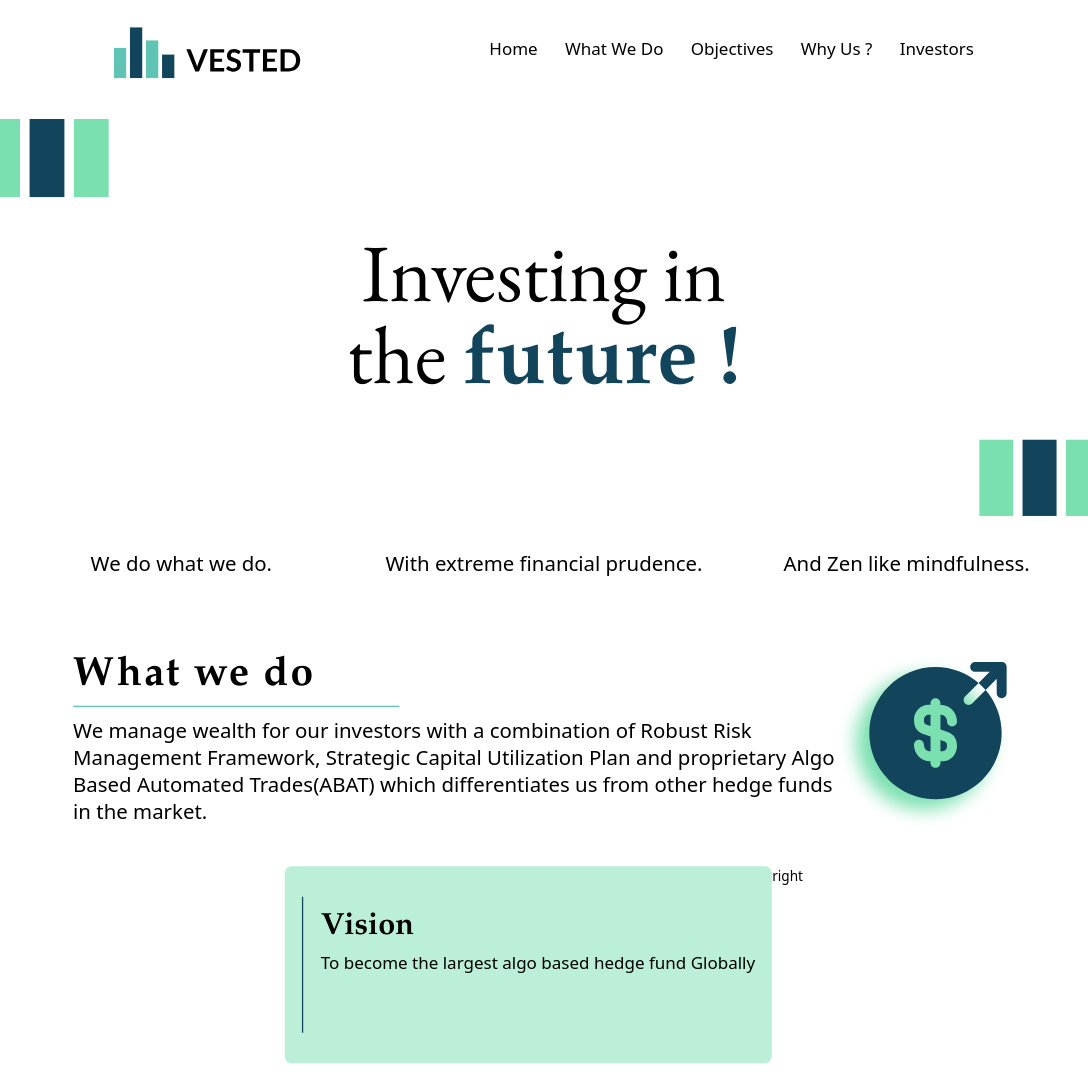
Repository: husainmamuwala/TippingPointsFinancial
Page: /
An editor plug-in stored every save of this project. The page is shown before and after the next save, followed by the edit.
The browser window is 1280 px wide. The pictures show the whole page, at 85% of full size.
The project was rebuilt for these pictures with package versions that can differ from the ones it lists, and the page was loaded fresh each time. The framework's server and built-in components were replaced by stand-ins that run in the browser. Also part of the build but not shown: next.config.js.

Above is the page before, as saved 2022-10-15 19:02:47.

After the next save:
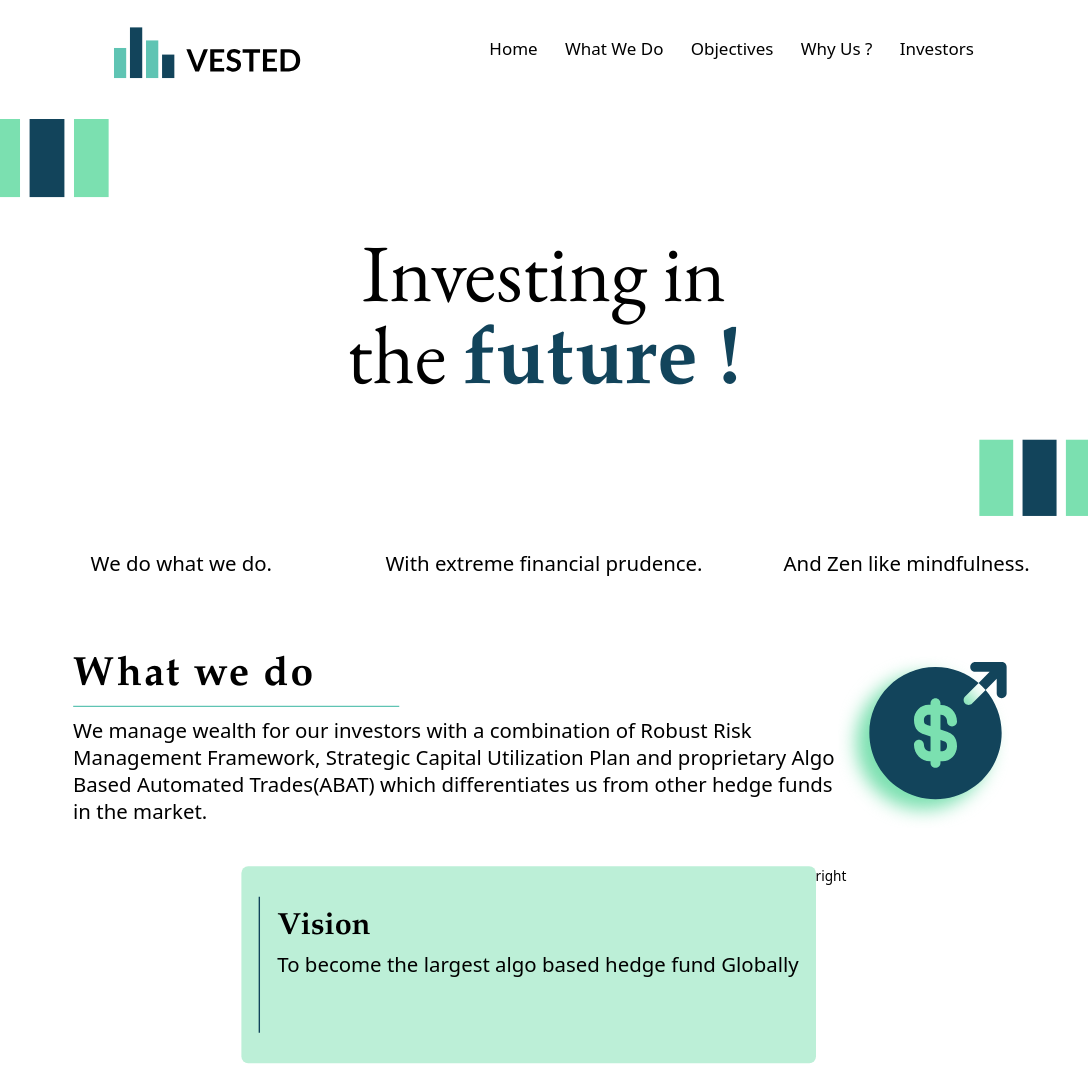
Saved 6 s later.
--- a/components/Objectives.jsx
+++ b/components/Objectives.jsx
@@ -16,7 +16,7 @@
                 Data.map((data)=>(
               <div className='lg:py-8'>
                 <h1 className='text-3xl lg:text-4xl font-semibold font-garamond'>{data.title}</h1>
-                <p className='font-montserrat text-xl py-2'>{data.desc}</p>
+                <p className='font-montserrat text-2xl py-2'>{data.desc}</p>
               </div>
                 ))}
           </div>
